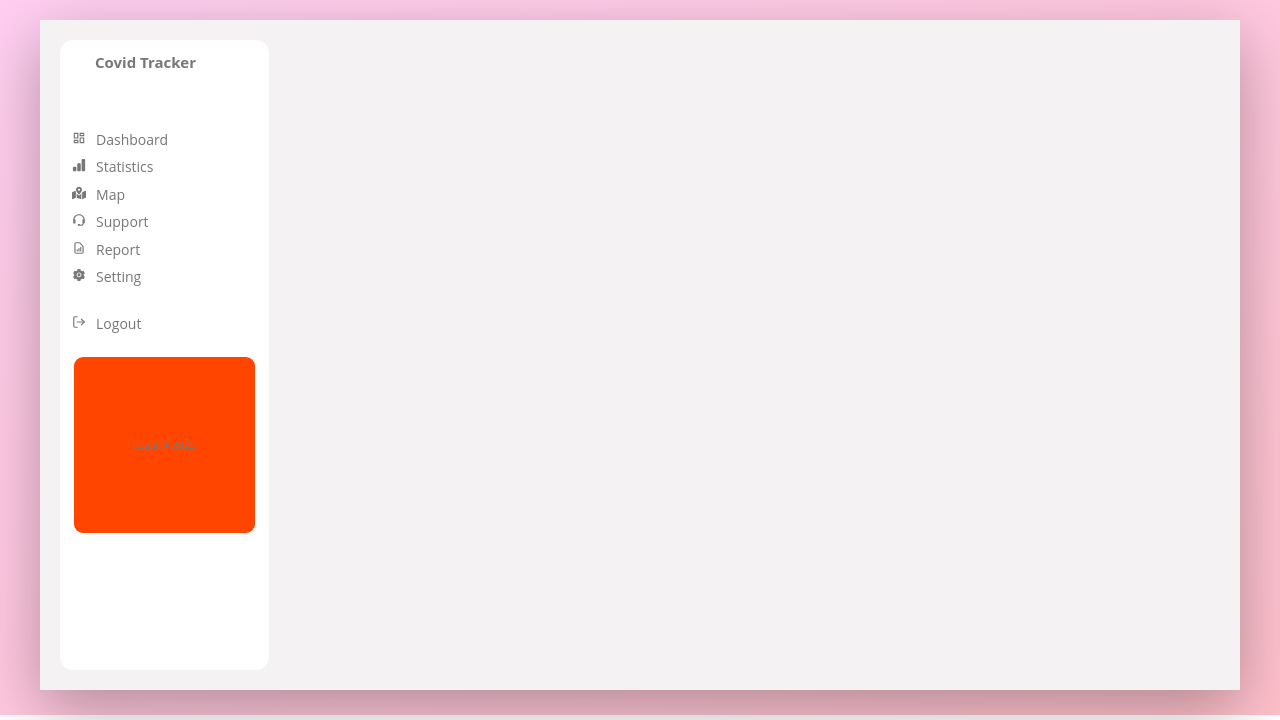
Repository: okidijimmy200/CovidAdminTracker
Page: /
An editor plug-in stored every save of this project. The page is shown before and after a run of saves, followed by the edit.
The browser window is 1280 px wide. The pictures show the whole page.
The project was rebuilt for these pictures with package versions that can differ from the ones it lists, and the page was loaded fresh each time.

Above is the page before, as saved 2022-06-16 12:22:00.

### public/index.html
<!DOCTYPE html>
<html lang="en">
  <head>
    <meta charset="utf-8" />
    <link rel="icon" href="%PUBLIC_URL%/favicon.ico" />
    <meta name="viewport" content="width=device-width, initial-scale=1" />
    <meta name="theme-color" content="#000000" />
    <meta
      name="description"
      content="Web site created using create-react-app"
    />
    <link rel="apple-touch-icon" href="%PUBLIC_URL%/logo192.png" />
    <!--
      manifest.json provides metadata used when your web app is installed on a
      user's mobile device or desktop. See https://developers.google.com/web/fundamentals/web-app-manifest/
    -->
    <link rel="manifest" href="%PUBLIC_URL%/manifest.json" />
    <!--
      Notice the use of %PUBLIC_URL% in the tags above.
      It will be replaced with the URL of the `public` folder during the build.
      Only files inside the `public` folder can be referenced from the HTML.

      Unlike "/favicon.ico" or "favicon.ico", "%PUBLIC_URL%/favicon.ico" will
      work correctly both with client-side routing and a non-root public URL.
      Learn how to configure a non-root public URL by running `npm run build`.
    -->
    <title>Covid Admin Tracker</title>
  </head>
  <body>
    <noscript>You need to enable JavaScript to run this app.</noscript>
    <div id="root"></div>
    <!--
      This HTML file is a template.
      If you open it directly in the browser, you will see an empty page.

      You can add webfonts, meta tags, or analytics to this file.
      The build step will place the bundled scripts into the <body> tag.

      To begin the development, run `npm start` or `yarn start`.
      To create a production bundle, use `npm run build` or `yarn build`.
    -->
  </body>
</html>

### src/index.scss
:root {
  --color-primary:#eb2f64;
  --color-primary-light:#ffcff1;
  --color-primary-dark:#ffc1cc;
  --color-grey-light-1: #faf9f9;
  --color-grey-light-2: #f4f2f2;
  --color-grey-light-3: #f0eeee;
  --color-grey-light-4: #ccc;
  --color-grey-dark-1: #333;
  --color-grey-dark-2: #777;
  --color-grey-dark-3: #999;

  // creating variable for box
  --shadow-dark: 0 2rem 6rem rgba(0, 0, 0, 0.3);

  --shadow-light: 0 2rem 5rem rgba(0,0,0,.06);
}


* {
  margin: 0;
  padding: 0;
}
*,
*::before,
*::after {
  box-sizing: inherit;
}

html {
  box-sizing: border-box;
  font-size: 62.5%;

}

body {
  font-family: 'Open Sans', sans-serif;
  font-weight: 400;
  line-height: 1.6;
  color: var(--color-grey-dark-2);
  background-image: linear-gradient(to right bottom, var(--color-primary-light), var(--color-primary-dark));
  background-size: cover;
  background-repeat: no-repeat;
  min-height: 96.5vh;
}

### src/App.tsx
import React from 'react';
import Sidebar from './sidebar/sidebar';
import Content from './core/content';
import './App.scss';

function App() {
  return (
    <div data-testid='container' className="container">
      <div className="content">
      <Sidebar />
      <Content />
      </div>

    </div>
  );
}

export default App;

### src/sidebar/sidebar.tsx
import React from 'react'
import {MdOutlineDashboard  } from 'react-icons/md'
import { BsFillBarChartFill } from 'react-icons/bs'
import { FaMapMarkedAlt } from 'react-icons/fa'
import { BiSupport } from 'react-icons/bi'
import { HiOutlineDocumentReport } from 'react-icons/hi'
import { AiFillSetting } from 'react-icons/ai'
import { FiLogOut } from 'react-icons/fi'

import './sidebar.scss'

export default function sidebar() {
  return (
    <>
    <nav className="sidebar">
        <h2 className='title'>Covid Tracker</h2>
        <div className='sidebar-flex'>
            <div>
            <ul className="side-nav">
            <li className="side-nav__item side-nav__item--active">
                <span className='side-nav__icon'><MdOutlineDashboard /></span>
                    <span>Dashboard</span>
            </li>
            <li className="side-nav__item">
                {/* <a href="#" class="side-nav__link"> */}
                    <span className="side-nav__icon">
                        <BsFillBarChartFill />
                        {/* <use xlink:href="img/spritspam#icon-aircraft-take-off"></use> */}
                    </span>
                    <span>Statistics</span>
                {/* </a> */}
            </li>
            <li className="side-nav__item">
                {/* <a href="#" class="side-nav__link"> */}
                    <span className="side-nav__icon">
                        <FaMapMarkedAlt />
                        {/* <use xlink:href="img/sprite.svg#icon-key"></use> */}
                    </span>
                    <span>Map</span>
                {/* </a> */}
            </li>
            <li className="side-nav__item">
                {/* <a href="#" className="side-nav__link"> */}
                    <span className="side-nav__icon">
                        {/* <use xlink:href="img/sprite.svg#icon-map"></use> */}
                        <BiSupport />
                    </span>
                    <span>Support</span>
                {/* </a> */}
            </li>
            <li className="side-nav__item">
                {/* <a href="#" className="side-nav__link"> */}
                    <span className="side-nav__icon">
                        {/* <use xlink:href="img/sprite.svg#icon-map"></use> */}
                        <HiOutlineDocumentReport />
                    </span>
                    <span>Report</span>
                {/* </a> */}
            </li>
            <li className="side-nav__item">
                {/* <a href="#" className="side-nav__link"> */}
                    <span className="side-nav__icon">
                        {/* <use xlink:href="img/sprite.svg#icon-map"></use> */}
                        <AiFillSetting />
                    </span>
                    <span>Setting</span>
                {/* </a> */}
            </li>
        </ul>
            </div>
            <div>
                <ul className="side-nav logout">
                <li className="side-nav__item">
                <span className="side-nav__icon">
                        {/* <use xlink:href="img/sprite.svg#icon-map"></use> */}
                        <FiLogOut />
                    </span>
                <span>Logout</span>
            </li>
                </ul>

            </div>

        <div className="download">
            Legal @ 2022
        </div>
        </div>
    </nav>
</>
  )
}

### src/core/content.tsx
import React from 'react'

import './content.scss'

export default function Content() {
  return (
    <main className="hotel-view">
    </main>
  )
}

### src/App.scss
.container {
  max-width: 120rem;
  // centering in the view port
  margin: 2rem auto;
  background-color: var(--color-grey-light-2);
  // box-shadow:;
  box-shadow: var(--shadow-dark);

  // min height for testing
  // min-height: 60rem;

}

.content {
  display: flex;
  min-height: 93vh;
  padding: 2rem;
}

### src/sidebar/sidebar.scss

.sidebar {
    // styling the sidebar
    background-color: #fff;
    // flex property to define width, grow 0, shrink 0
    flex: 0 0 18%;
    // to create alot of space in the container for legal text
    border-radius: 1.3rem;
}

.side-nav {
    // adding font size
    font-size: 1.4rem;
    list-style: none;
    margin-top: 3.5rem;


   &__item {
       // parent element set to relative to element the hover effect
       position: relative;
       cursor: pointer;
       margin-left: 1.2rem;

       // to create space btn the items
       &:not(:last-child) {
           margin-bottom: .5rem;
       }
   }

   // this shd be visible only when we hover the item
   &__item:hover::before,
   // to make one of the li items initially highlighted
   &__item--active::before {
       width: 100%;
   }

   // to show the item as selected
   &__item:active::before {
       background-color: #fff;
   }


   &__link:link,
   &__link:visited {
    //    color: var(--color-grey-light-1);
       text-decoration: none;
       text-transform: uppercase;
       display: inline-block;
       padding: 1.5rem 3rem;
       // z-index only works with positioning
       position: relative;
       z-index: 10;
       // to align items in straight line
       display: flex;
       align-items: center;
   }

   &__icon {
       // reduce size of icons
       width: 1.75rem;
       height: 1.75rem;
       margin-right: 1rem;
       // current color is the color of the current element
       fill:currentColor;
   }
}
.logout {
    margin-top: 2.5rem;
    margin-bottom: 1rem;
}
.sidebar-flex {
    display: flex;
    flex-direction: column;
    height: 45rem;
}
.title {
    padding: 1rem 2rem 2rem 3.5rem;
}

.download {
    padding: 8rem 6rem;
    border-radius: .9rem;
    margin: auto;
    background-color: orangered;
}

### src/core/content.scss
.hotel-view {
    // background-color: #fff;
    // to make the hotel-view cover up the remaining space
    flex: 1;
    margin-left: 2rem;
}

Loaded but not shown: src/index.tsx (common file); src/reportWebVitals.ts (common file)

After the next 2 saves:
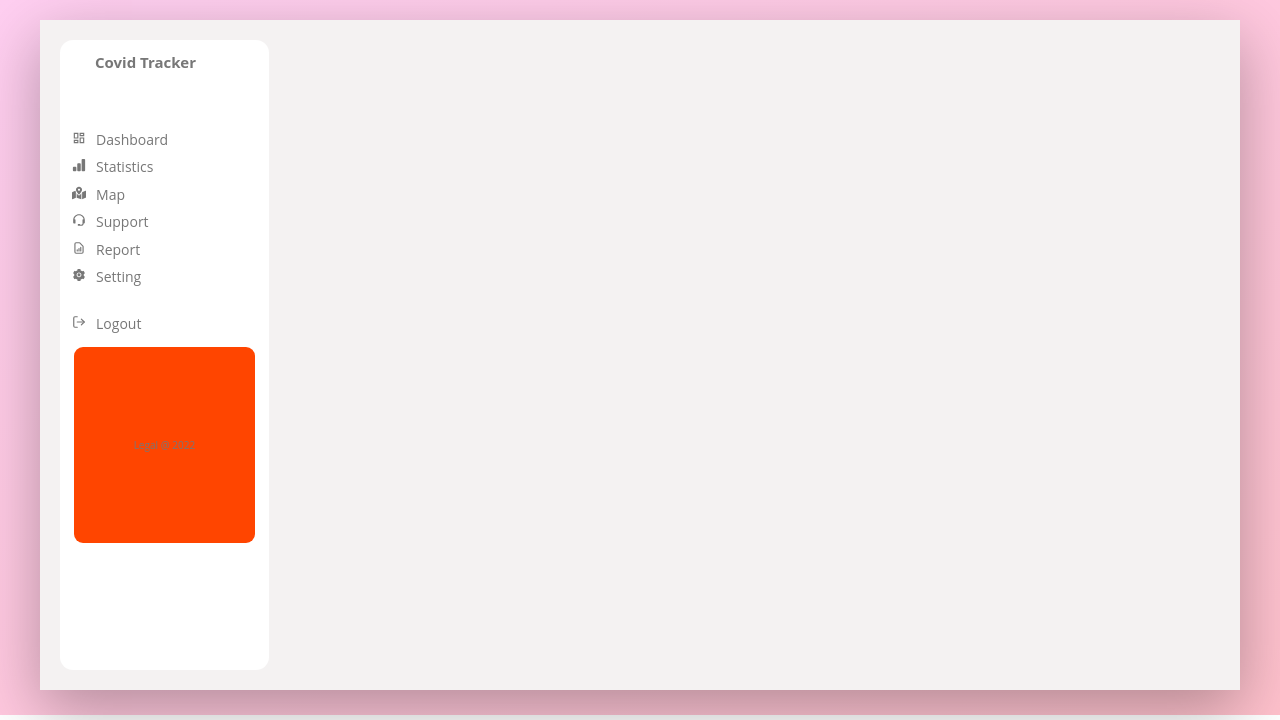
The 2 saves are shown as one change because they came seconds apart.
The last was saved 38 s later.
--- a/src/sidebar/sidebar.scss
+++ b/src/sidebar/sidebar.scss
@@ -78,7 +78,7 @@
 }
 
 .download {
-    padding: 8rem 6rem;
+    padding: 9rem 6rem;
     border-radius: .9rem;
     margin: auto;
     background-color: orangered;
